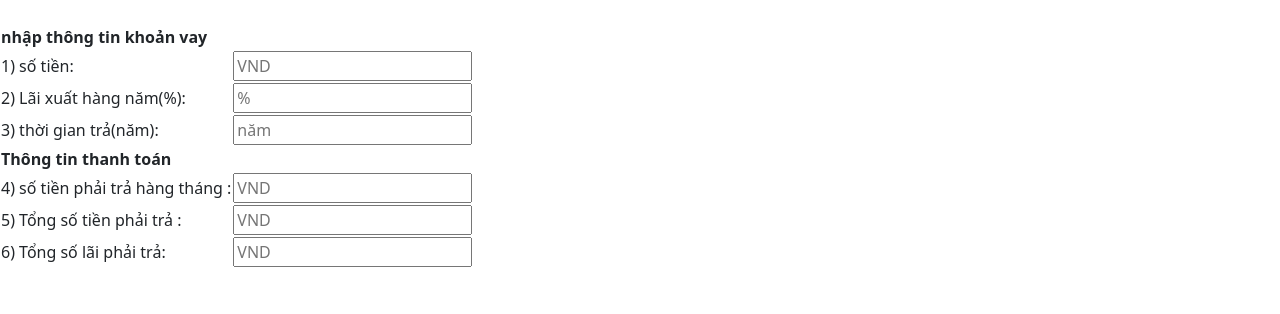
Repository: Lehuyhuynh/DOM
Page: BT2/index.html
These files come from the project's save history. The page is drawn as it stood at one moment and after the next save; the edit follows.
The browser window is 1280 px wide. The pictures show the whole page.

Above is the page before, as saved 2023-09-07 20:37:33.

After the next save:
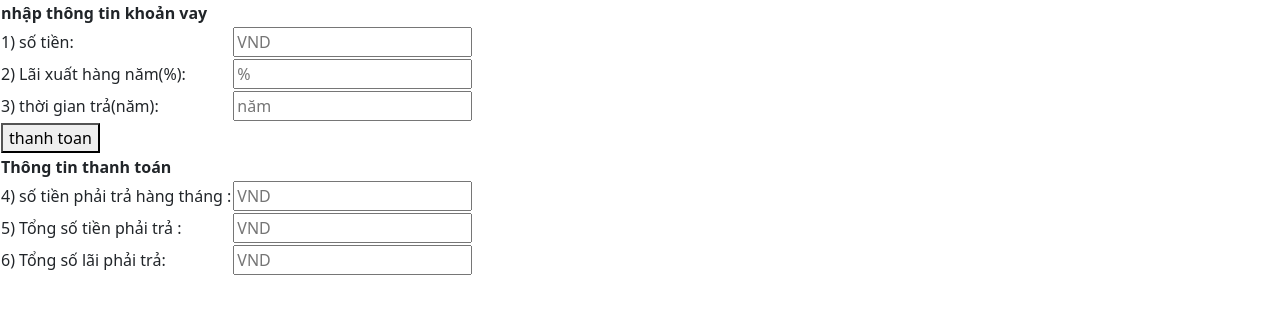
Saved 4 s later.
--- a/BT2/index.html
+++ b/BT2/index.html
@@ -29,7 +29,7 @@
       </tr>
 
       <tr>
-        <td<button type="submit"></button></td>
+        <td><button> thanh toan </button></td>
       </tr>
 
       <tr>
